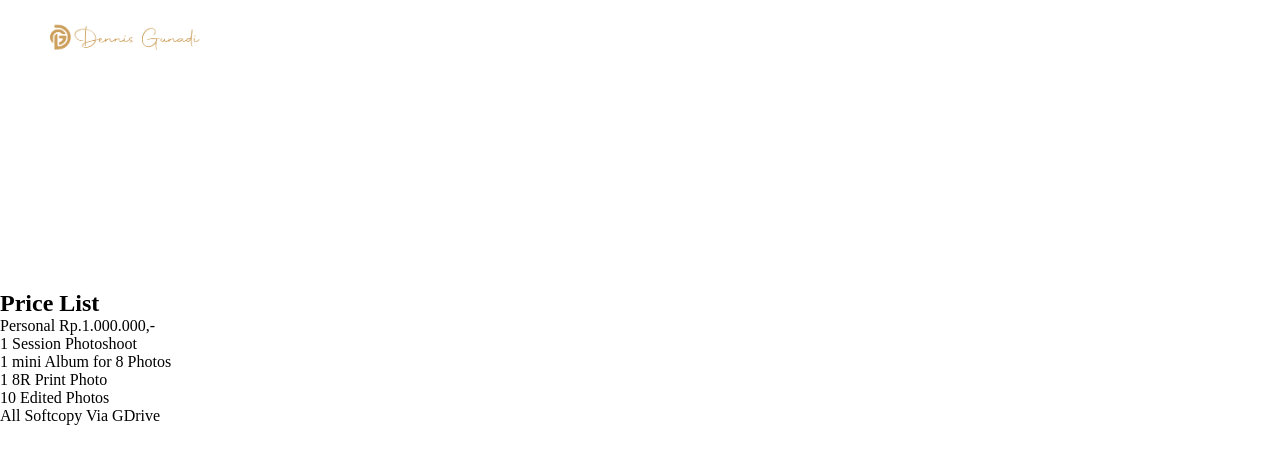
Repository: Diegoms0595/Diego-Final-project2
Page: pricelist.html
The author's editor kept a copy of each file at every save. The page is drawn from the files as they stood at one save, then again after the next save.
The browser window is 1280 px wide. The pictures show the whole page.

Above is the page before, as saved 2025-05-28 14:42:16.

### pricelist.html
<!DOCTYPE html>
<html lang="en">
<head>
  <meta charset="UTF-8" />
  <meta name="viewport" content="width=device-width, initial-scale=1.0" />
  <title>DMSFP2</title>
  <link rel="stylesheet" href="price.css" />
</head>
<body>
  <header>
    <div class="logo">
      <a href="#">
        <img src="./Assets/Logo.png" alt="logohead">
      </a>
    </div>
    <nav>
      <ul class="nav-links">
        <li><a href="#">Home</a></li>
        <li><a href="#">Gallery</a></li>
        <li><a href="#">Pricelist</a></li>
        <li><a href="#">About</a></li>
        <li><a href="#">Contact</a></li>
      </ul>
    </nav>
  </header>
<section class="hero">
    <div class="container1">
        <h1>Price List</h1>
        <p>Personal
            Rp.1.000.000,-
        </p>
        <ul>
            <li>1 Session Photoshoot</li>
            <li>1 mini Album for 8 Photos</li>
            <li>1 8R Print Photo</li>
            <li>10 Edited Photos</li>
            <li>All Softcopy Via GDrive</li>
        </ul>
    </div>
</section>
</body>
</html>

### price.css
 * {
  margin: 0;
  padding: 0;
  box-sizing: border-box;
}

header {
  display: flex;
  justify-content: space-between;
  align-items: center;
  padding: 20px 50px;
  position: absolute;
  top: 0;
  width: 100%;
  z-index: 10;
}

.logo img {
  height: 40px;
}
.nav-links {
  list-style: none;
  display: flex;
  gap: 30px;
}

.nav-links li a {
  color: #fff;
  text-decoration: none;
  font-size: 16px;
  transition: color 0.3s ease;
}

.nav-links li a:hover {
  color: #f5c47c;
}

.hero, h1 {
    display: flex;
    padding-top: 20%;
}

After the next save:
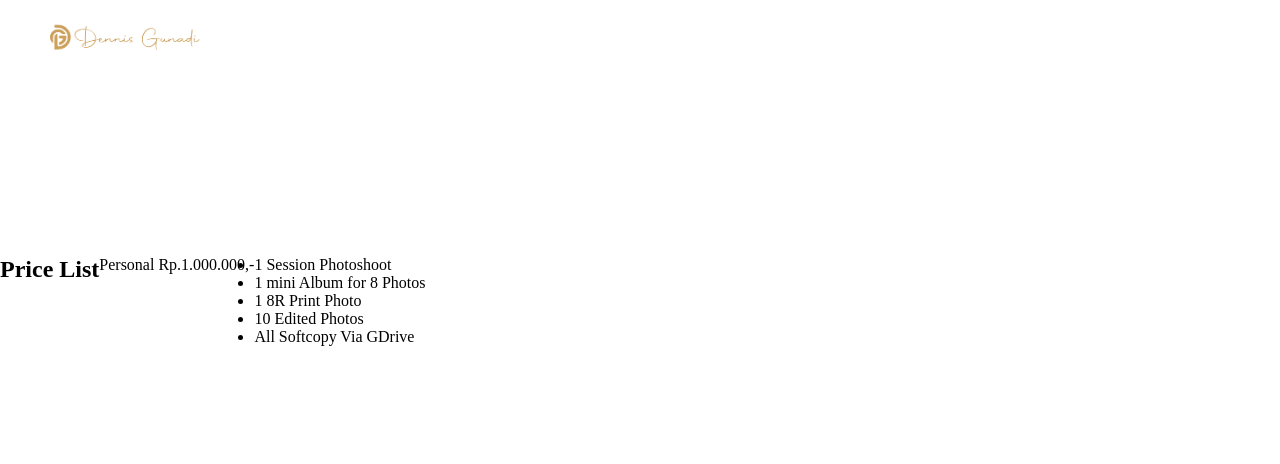
Saved 26 s later.
--- a/price.css
+++ b/price.css
@@ -35,7 +35,7 @@
   color: #f5c47c;
 }
 
-.hero, h1 {
+.container1 {
     display: flex;
     padding-top: 20%;
 }
